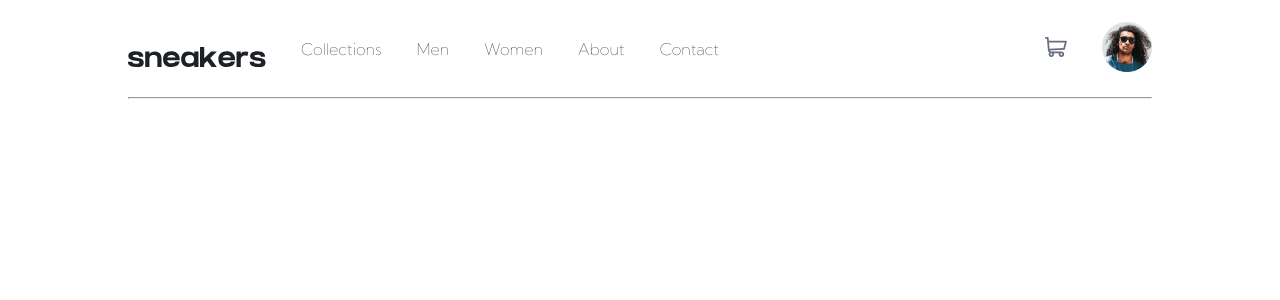
Repository: DevLaukey/ecommerce-design
Page: index.html
The author's editor kept a copy of each file at every save. The page is drawn from the files as they stood at one save, then again after the next save.
The browser window is 1280 px wide. The pictures show the whole page.

Above is the page before, as saved 2022-05-15 17:04:57.

### index.html
<!DOCTYPE html>
<html lang="en">
  <head>
    <meta charset="UTF-8" />
    <meta http-equiv="X-UA-Compatible" content="IE=edge" />
    <meta name="viewport" content="width=device-width, initial-scale=1.0" />
    <title>Document</title>
    <link rel="stylesheet" href="./css/style.css" type="text/css" />
    <link rel="preconnect" href="https://fonts.googleapis.com" />
    <link rel="preconnect" href="https://fonts.gstatic.com" crossorigin />
    <link
      href="https://fonts.googleapis.com/css2?family=Kumbh+Sans:wght@100&family=Pacifico&family=Rubik:wght@300&display=swap"
      rel="stylesheet"
    />
  </head>
  <body>
    <div class="landing">
      <div class="nav">
        <div class="logo">
          <svg width="138" height="20" xmlns="http://www.w3.org/2000/svg">
            <path
              d="M8.217 20c4.761 0 7.519-.753 7.519-4.606 0-3.4-3.38-4.172-6.66-4.682l-.56-.085-.279-.041-.35-.053c-2.7-.405-3.18-.788-3.18-1.471 0-.478.49-1.331 2.843-1.331 2.455 0 3.493.647 3.493 1.87v.134h4.281v-.133c0-2.389-1.35-5.238-7.774-5.238-5.952 0-7.201 2.584-7.201 4.752 0 3.097 2.763 4.086 7.223 4.675.21.028.433.054.659.081 1.669.197 3.172.42 3.172 1.585 0 1.01-1.615 1.222-3.298 1.222-2.797 0-3.784-.593-3.784-1.92v-.134H.002L0 14.926v.317c.008.79.118 1.913 1.057 2.862C2.303 19.362 4.712 20 8.217 20Zm13.21 0v-7.49c0-2.104.547-4.423 4.176-4.423 3.915 0 3.778 2.777 3.768 4.042V20h4.18v-7.768c0-2.264-.176-7.766-6.732-7.766-2.778 0-4.192.911-5.195 2.28h-.197V4.467H17.22V20h4.207Zm21.959 0c5.094 0 7.787-2.07 8.217-5.405H47.53c-.386 1.02-1.63 1.72-4.143 1.72-2.721 0-3.962-1.03-4.25-3.106h12.527c.24-2.13-.029-5.417-3.026-7.44v.005c-1.312-.915-3.056-1.465-5.251-1.465-5.24 0-8.336 2.772-8.336 7.845 0 5.17 3.02 7.846 8.336 7.846Zm4.099-9.574h-8.188c.486-1.574 1.764-2.431 4.089-2.431 2.994 0 3.755 1.267 4.099 2.431ZM70.499 20V4.457H66.29V6.74h-.176c-1.053-1.377-2.809-2.283-5.677-2.283-6.433 0-7.225 5.293-7.253 7.635v.137c0 2.092.732 7.771 7.241 7.771 2.914 0 4.684-.818 5.734-2.169h.131V20H70.5Zm-8.854-3.623c-3.996 0-4.447-3.032-4.447-4.148 0-1.21.426-4.148 4.455-4.148 3.631 0 4.374 2.044 4.374 4.148 0 2.35-.742 4.148-4.382 4.148ZM88.826 20l-6.529-9.045 6.588-6.488h-5.827l-6.836 6.756V0h-4.187v19.954h4.187V16.94l3.02-2.976L83.6 20h5.226Zm9.9 0c5.094 0 7.786-2.07 8.217-5.405h-4.074c-.387 1.02-1.63 1.72-4.143 1.72-2.721 0-3.962-1.03-4.25-3.106h12.527c.24-2.13-.029-5.417-3.026-7.44v.005c-1.312-.915-3.057-1.465-5.251-1.465-5.24 0-8.336 2.772-8.336 7.845 0 5.17 3.02 7.846 8.336 7.846Zm4.098-9.574h-8.187c.485-1.574 1.763-2.431 4.089-2.431 2.994 0 3.755 1.267 4.098 2.431ZM112.76 20v-6.97c0-2.103.931-4.542 4.05-4.542 1.33 0 2.393.236 2.785.346l.67-3.976c-.728-.16-1.626-.392-2.757-.392-2.665 0-3.622.794-4.486 2.282h-.262V4.466h-4.21V20h4.21Zm17.221 0c4.761 0 7.519-.753 7.519-4.606 0-3.4-3.38-4.172-6.66-4.682l-.56-.085-.279-.041-.349-.053c-2.701-.405-3.181-.788-3.181-1.471 0-.478.49-1.331 2.843-1.331 2.455 0 3.493.647 3.493 1.87v.134h4.282v-.133c0-2.389-1.35-5.238-7.775-5.238-5.952 0-7.201 2.584-7.201 4.752 0 3.097 2.763 4.086 7.224 4.675.21.028.432.054.658.081 1.669.197 3.172.42 3.172 1.585 0 1.01-1.615 1.222-3.298 1.222-2.796 0-3.784-.593-3.784-1.92v-.134h-4.319l-.001.301v.317c.008.79.117 1.913 1.056 2.862 1.246 1.257 3.655 1.895 7.16 1.895Z"
              fill="#1D2026"
              fill-rule="nonzero"
            />
          </svg>
        </div>
        <nav>
          <div class="nav-menu">
            <p class="options">Collections</p>
            <p class="options">Men</p>
            <p class="options">Women</p>
            <p class="options">About</p>
            <p class="options">Contact</p>
          </div>
          <div class="nav-icons">
            <div class="icon">
              <svg width="22" height="20" xmlns="http://www.w3.org/2000/svg">
                <path
                  d="M20.925 3.641H3.863L3.61.816A.896.896 0 0 0 2.717 0H.897a.896.896 0 1 0 0 1.792h1l1.031 11.483c.073.828.52 1.726 1.291 2.336C2.83 17.385 4.099 20 6.359 20c1.875 0 3.197-1.87 2.554-3.642h4.905c-.642 1.77.677 3.642 2.555 3.642a2.72 2.72 0 0 0 2.717-2.717 2.72 2.72 0 0 0-2.717-2.717H6.365c-.681 0-1.274-.41-1.53-1.009l14.321-.842a.896.896 0 0 0 .817-.677l1.821-7.283a.897.897 0 0 0-.87-1.114ZM6.358 18.208a.926.926 0 0 1 0-1.85.926.926 0 0 1 0 1.85Zm10.015 0a.926.926 0 0 1 0-1.85.926.926 0 0 1 0 1.85Zm2.021-7.243-13.8.81-.57-6.341h15.753l-1.383 5.53Z"
                  fill="#69707D"
                  fill-rule="nonzero"
                />
              </svg>
            </div>
            <div class="avatar">
              <img height="50px" src="./assets/image-avatar.png" alt="" />
            </div>
          </div>
        </nav>
      </div>
      <hr class="line" />
    </div>
  </body>
</html>

### css/style.css
* {
  margin: 0;
  padding: 0;
  box-sizing: border-box;
}
body{
    font-family: 'Kumbh Sans', sans-serif;
}
p{
    font-size:16px;
}
.nav {
  display: flex;
  padding-top: 3vh;
  align-items: center;
}
nav {
  width: 100%;
  display: flex;
  align-items: center;
  margin-bottom: 3vh;
  justify-content: space-between;
}
.nav-menu {
  display: flex;
  margin-left: 35px;
  flex-direction: row;
}
.options {
  margin-right: 35px;
}
.nav-icons {
  display: flex;
  align-items: center;
}
.avatar {
  margin-left: 35px;
}

.landing{
    max-width: 80vw;
    margin-left:10vw;
    align-items: center;
}
hr{
    color: rgb(202, 0, 0);
}

After the next save:
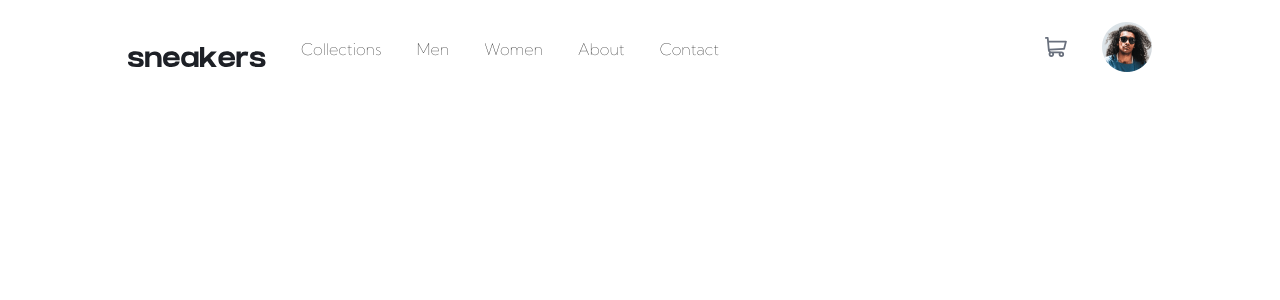
Saved 20 s later.
--- a/css/style.css
+++ b/css/style.css
@@ -43,5 +43,5 @@
     align-items: center;
 }
 hr{
-    color: rgb(202, 0, 0);
+    border: gray;
 }
